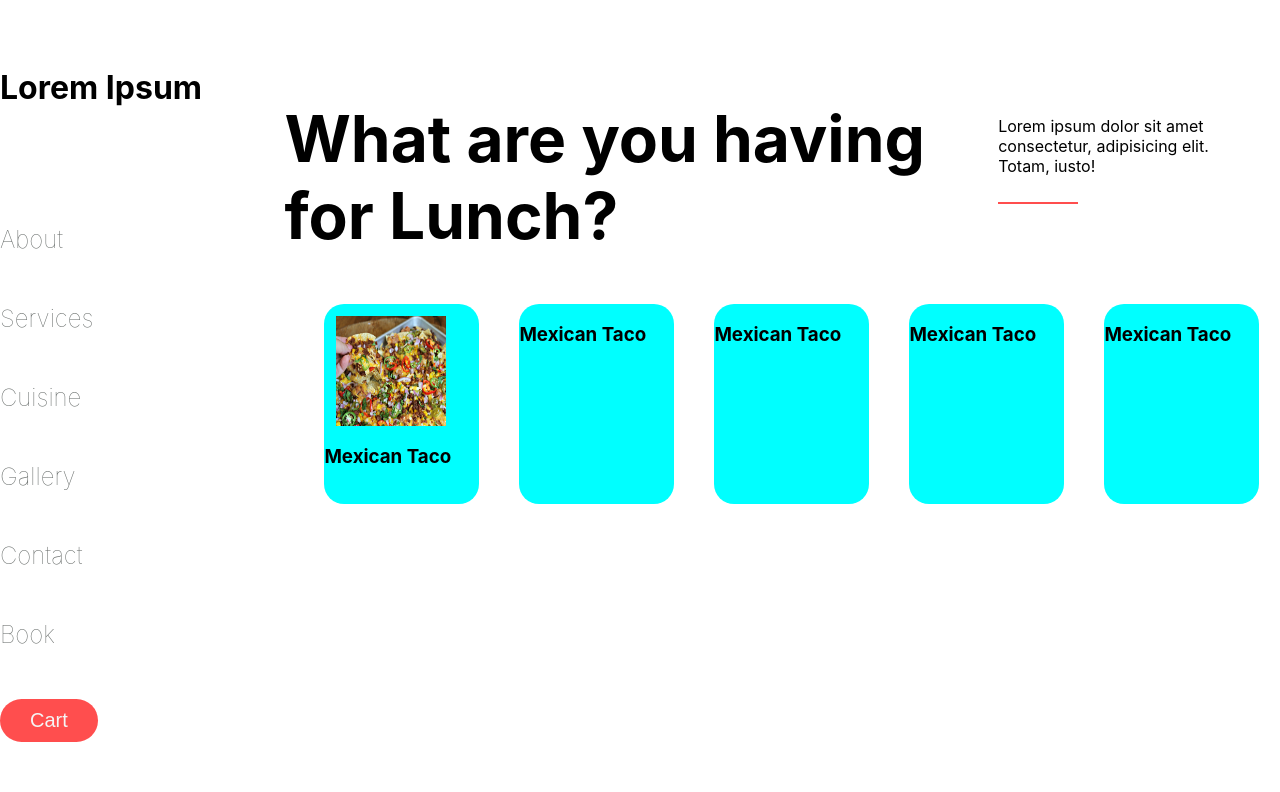
Repository: Marlstergo/assignment2
Page: /
These files come from the project's save history. The page is drawn as it stood at one moment and after the next save; the edit follows.
The browser window is 1280 px wide. The pictures show the whole page.
The project was rebuilt for these pictures with package versions that can differ from the ones it lists, and the page was loaded fresh each time.

Above is the page before, as saved 2021-07-27 02:52:37.

After the next save:
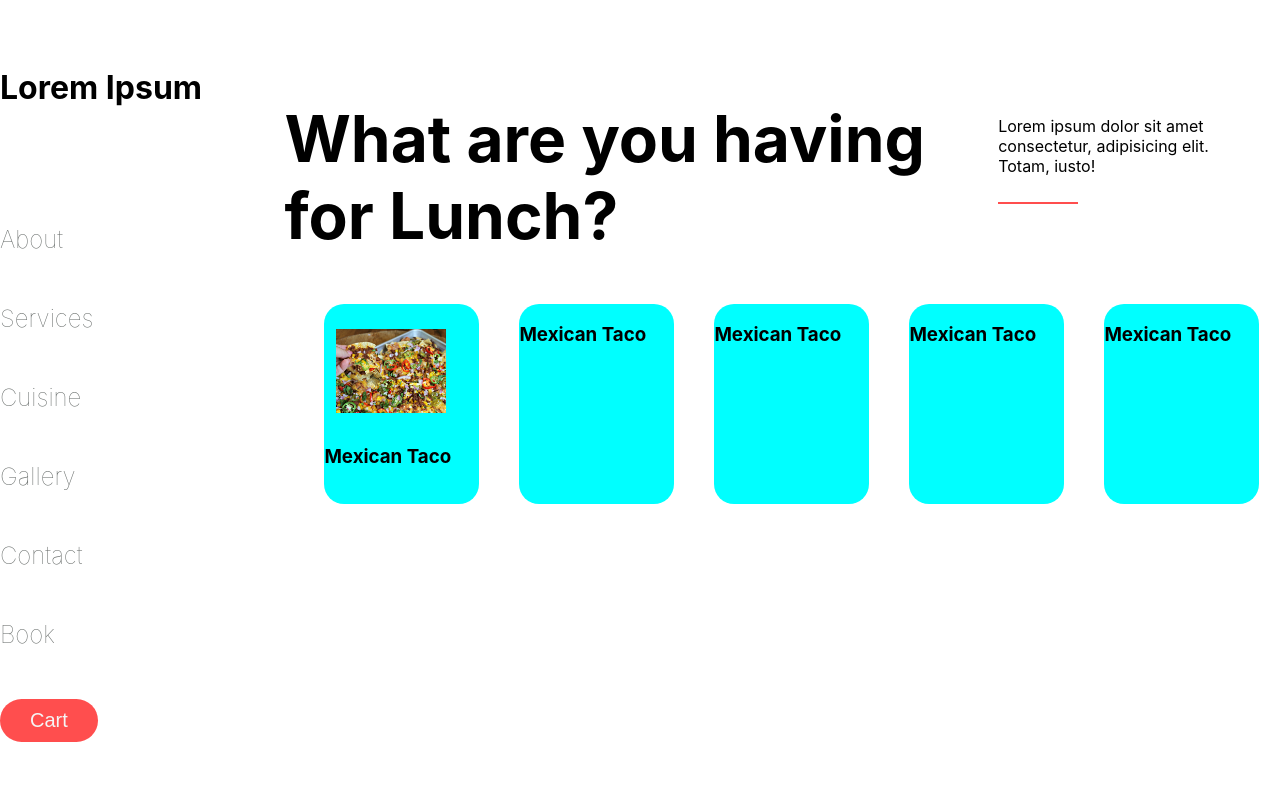
Saved 6 s later.
--- a/src/App.css
+++ b/src/App.css
@@ -146,5 +146,5 @@ h1{
 
 img{
   width: 100%;
-  height: 100%;
+  /* height: 100%; */
 }
